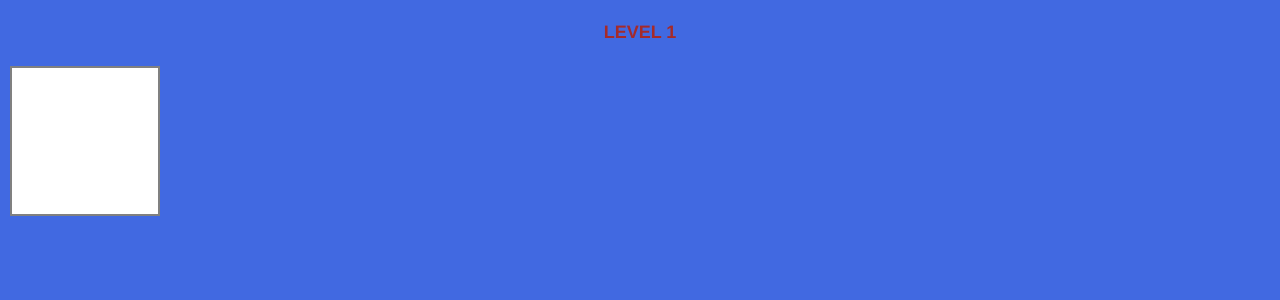
Repository: Shenba-Ps/Jsp-Servlet-B
Page: http://localhost/Test/Booking.jsp
The author's editor kept a copy of each file at every save. The page is drawn from the files as they stood at one save, then again after the next save.
The browser window is 1280 px wide. The pictures show the whole page.
The page is served by Tomcat 9.

Above is the page before, as saved 2023-06-15 13:15:16.

After the next save:
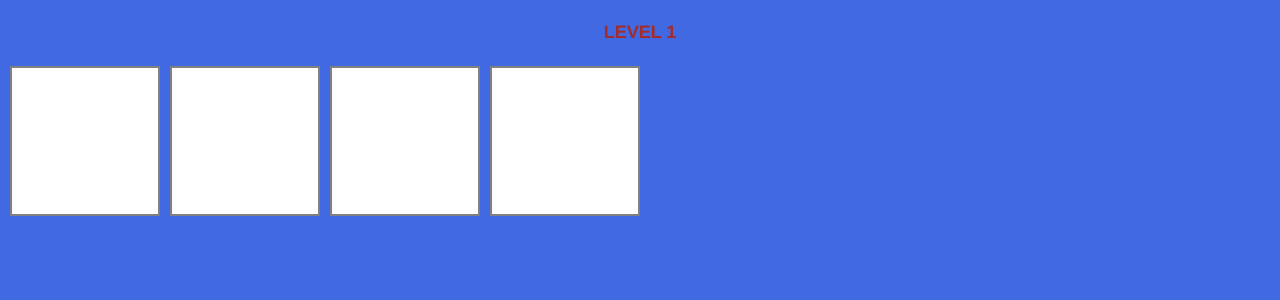
Saved 7 s later.
--- a/Test/src/main/webapp/Booking.jsp
+++ b/Test/src/main/webapp/Booking.jsp
@@ -17,6 +17,9 @@
 				<div class="Title form-group" style="text-align: center;">LEVEL
 					1</div>
 				<div class="row">
+					<div class="col-md-2 Slot Free"></div>
+					<div class="col-md-2 Slot Free"></div>
+					<div class="col-md-2 Slot Free"></div>
 					<div class="col-md-2 Slot Free"></div>
 				</div>
 			</div>
